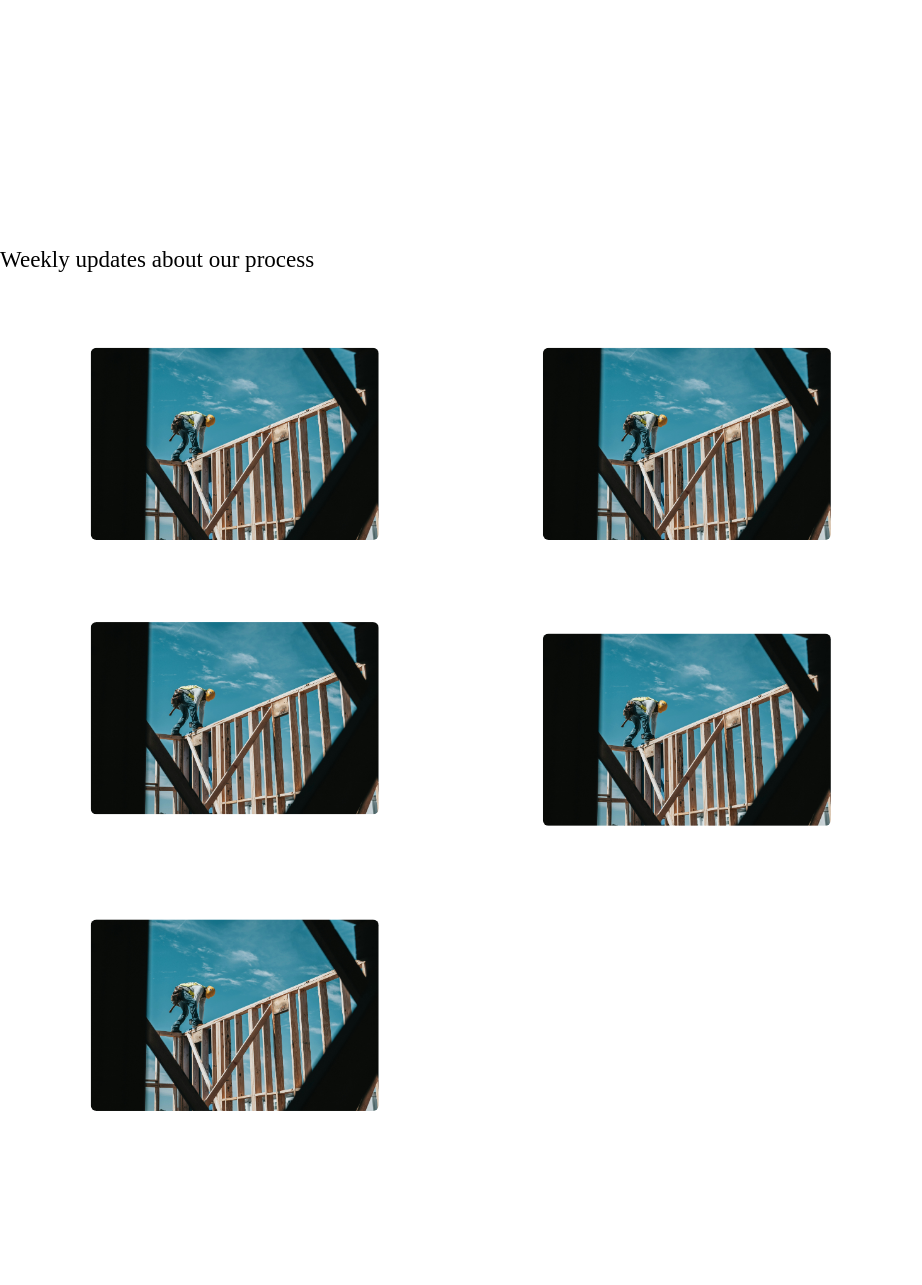
Repository: Forge-IDSP/Blog
Page: /
An editor plug-in stored every save of this project. The page is shown before and after the next save, followed by the edit.
The browser window is 1280 px wide. The pictures show the whole page, at 72% of full size.
The project was rebuilt for these pictures with package versions that can differ from the ones it lists, and the page was loaded fresh each time. Also part of the build but not shown: vite.config.js, src/index.css, src/pages/blogpost.module.css, src/pages/week1.jsx, src/pages/week2.jsx, src/pages/week3.jsx, src/pages/week4.jsx, src/pages/week5.jsx and 4 more.

Above is the page before, as saved 2025-10-27 12:53:48.

After the next save:
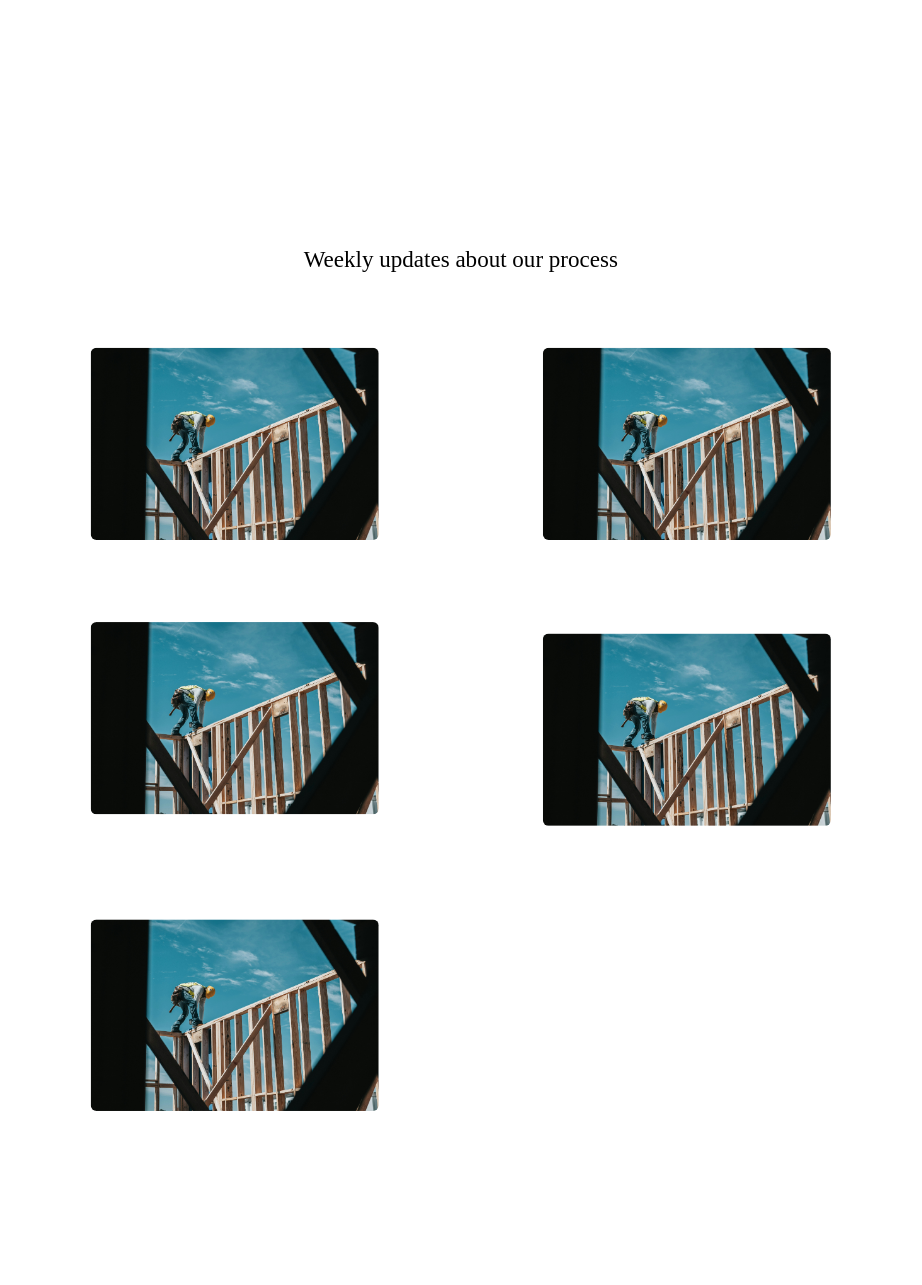
Saved 9 s later.
--- a/src/App.css
+++ b/src/App.css
@@ -1,4 +1,6 @@
 #root {
+    background-color: var(--offwhite-500);
+
     /* ----- COLORS ----- */
     --primary-50: #fff1e6;
     --primary-100: #ffd4b0;
@@ -36,6 +38,9 @@
 
 body,
 html {
+    margin: 0 auto;
+    padding: 1rem;
+    text-align: center;
     height: 100%;
     margin: 0;
     padding: 0;
